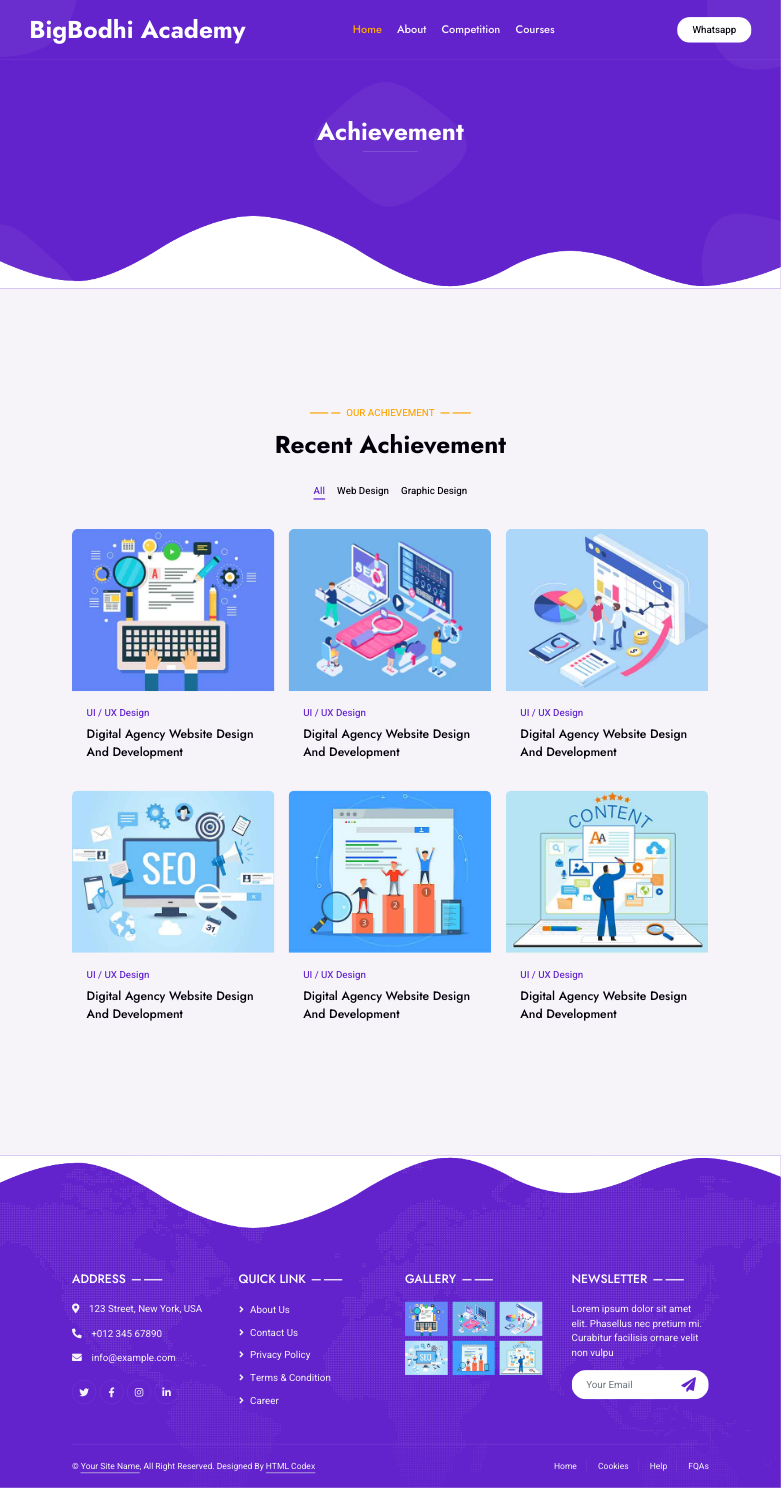
Repository: sabithaece/sab-006
Page: achive.html
An editor plug-in stored every save of this project. The page is shown before and after the next save, followed by the edit.
The browser window is 1280 px wide. The pictures show the whole page, at 61% of full size.
Some web libraries are served in a nearby version.

Above is the page before, as saved 2023-04-07 16:44:12.

After the next save:
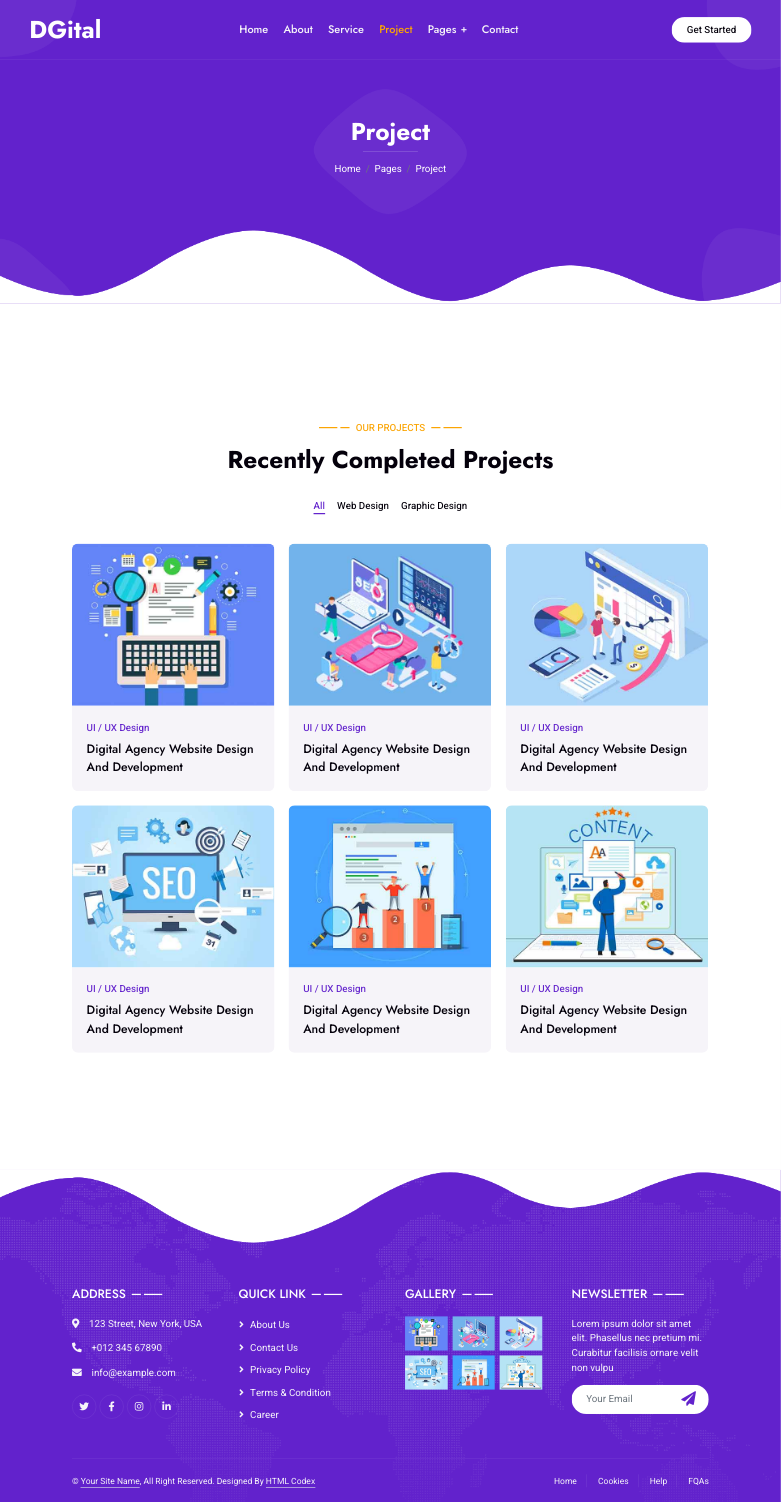
Saved 104 s later.
--- a/achive.html
+++ b/achive.html
@@ -3,7 +3,7 @@
 
 <head>
     <meta charset="utf-8">
-    <title>BigBodhi Academy</title>
+    <title>DGital - Digital Agency HTML Template</title>
     <meta content="width=device-width, initial-scale=1.0" name="viewport">
     <meta content="" name="keywords">
     <meta content="" name="description">
@@ -47,7 +47,7 @@
         <div class="container-xxl position-relative p-0">
             <nav class="navbar navbar-expand-lg navbar-light px-4 px-lg-5 py-3 py-lg-0">
                 <a href="" class="navbar-brand p-0">
-                    <h1 class="m-0">BigBodhi Academy </h1>
+                    <h1 class="m-0">DGital</h1>
                     <!-- <img src="img/logo.png" alt="Logo"> -->
                 </a>
                 <button class="navbar-toggler" type="button" data-bs-toggle="collapse" data-bs-target="#navbarCollapse">
@@ -55,22 +55,21 @@
                 </button>
                 <div class="collapse navbar-collapse" id="navbarCollapse">
                     <div class="navbar-nav mx-auto py-0">
-                        <a href="index.html" class="nav-item nav-link active">Home</a>
+                        <a href="index.html" class="nav-item nav-link">Home</a>
                         <a href="about.html" class="nav-item nav-link">About</a>
-                        <a href="competition.html" class="nav-item nav-link">Competition</a>
-                        <a href="Courses.html" class="nav-item nav-link">Courses</a>
-                        <!-- <a href="contact.html" class="nav-item nav-link">Contact</a> -->
+                        <a href="service.html" class="nav-item nav-link">Service</a>
+                        <a href="project.html" class="nav-item nav-link active">Project</a>
                         <div class="nav-item dropdown">
-                            <!-- <a href="#" class="nav-link dropdown-toggle" data-bs-toggle="dropdown">Pages</a> -->
-                            <!-- <div class="dropdown-menu m-0"> -->
-                                <!-- <a href="team.html" class="dropdown-item">Our Team</a> -->
-                                <!-- <a href="testimonial.html" class="dropdown-item">Testimonial</a> -->
-                                <!-- <a href="404.html" class="dropdown-item">404 Page</a> -->
-                            </div>
-                        </div>
-                        <!-- <a href="contact.html" class="nav-item nav-link">Contact</a> -->
-                    </div>
-                    <a href="https://wa.me/+919841013505" class="btn rounded-pill py-2 px-4 ms-3 d-none d-lg-block">Whatsapp</a>
+                            <a href="#" class="nav-link dropdown-toggle" data-bs-toggle="dropdown">Pages</a>
+                            <div class="dropdown-menu m-0">
+                                <a href="team.html" class="dropdown-item">Our Team</a>
+                                <a href="testimonial.html" class="dropdown-item">Testimonial</a>
+                                <a href="404.html" class="dropdown-item">404 Page</a>
+                            </div>
+                        </div>
+                        <a href="contact.html" class="nav-item nav-link">Contact</a>
+                    </div>
+                    <a href="" class="btn rounded-pill py-2 px-4 ms-3 d-none d-lg-block">Get Started</a>
                 </div>
             </nav>
 
@@ -78,13 +77,13 @@
                 <div class="container my-5 py-5 px-lg-5">
                     <div class="row g-5 py-5">
                         <div class="col-12 text-center">
-                            <h1 class="text-white animated slideInDown">Achievement</h1>
+                            <h1 class="text-white animated slideInDown">Project</h1>
                             <hr class="bg-white mx-auto mt-0" style="width: 90px;">
                             <nav aria-label="breadcrumb">
                                 <ol class="breadcrumb justify-content-center">
-    <!--                                 <li class="breadcrumb-item"><a class="text-white" href="#">Home</a></li> -->
-    <!--                                 <li class="breadcrumb-item"><a class="text-white" href="#">Pages</a></li> -->
-    <!--                                 <li class="breadcrumb-item text-white active" aria-current="page">Contact</li> -->
+                                    <li class="breadcrumb-item"><a class="text-white" href="#">Home</a></li>
+                                    <li class="breadcrumb-item"><a class="text-white" href="#">Pages</a></li>
+                                    <li class="breadcrumb-item text-white active" aria-current="page">Project</li>
                                 </ol>
                             </nav>
                         </div>
@@ -99,8 +98,8 @@
         <div class="container-xxl py-5">
             <div class="container py-5 px-lg-5">
                 <div class="wow fadeInUp" data-wow-delay="0.1s">
-                    <p class="section-title text-secondary justify-content-center"><span></span>Our Achievement<span></span></p>
-                    <h1 class="text-center mb-5">Recent Achievement</h1>
+                    <p class="section-title text-secondary justify-content-center"><span></span>Our Projects<span></span></p>
+                    <h1 class="text-center mb-5">Recently Completed Projects</h1>
                 </div>
                 <div class="row mt-n2 wow fadeInUp" data-wow-delay="0.3s">
                     <div class="col-12 text-center">
